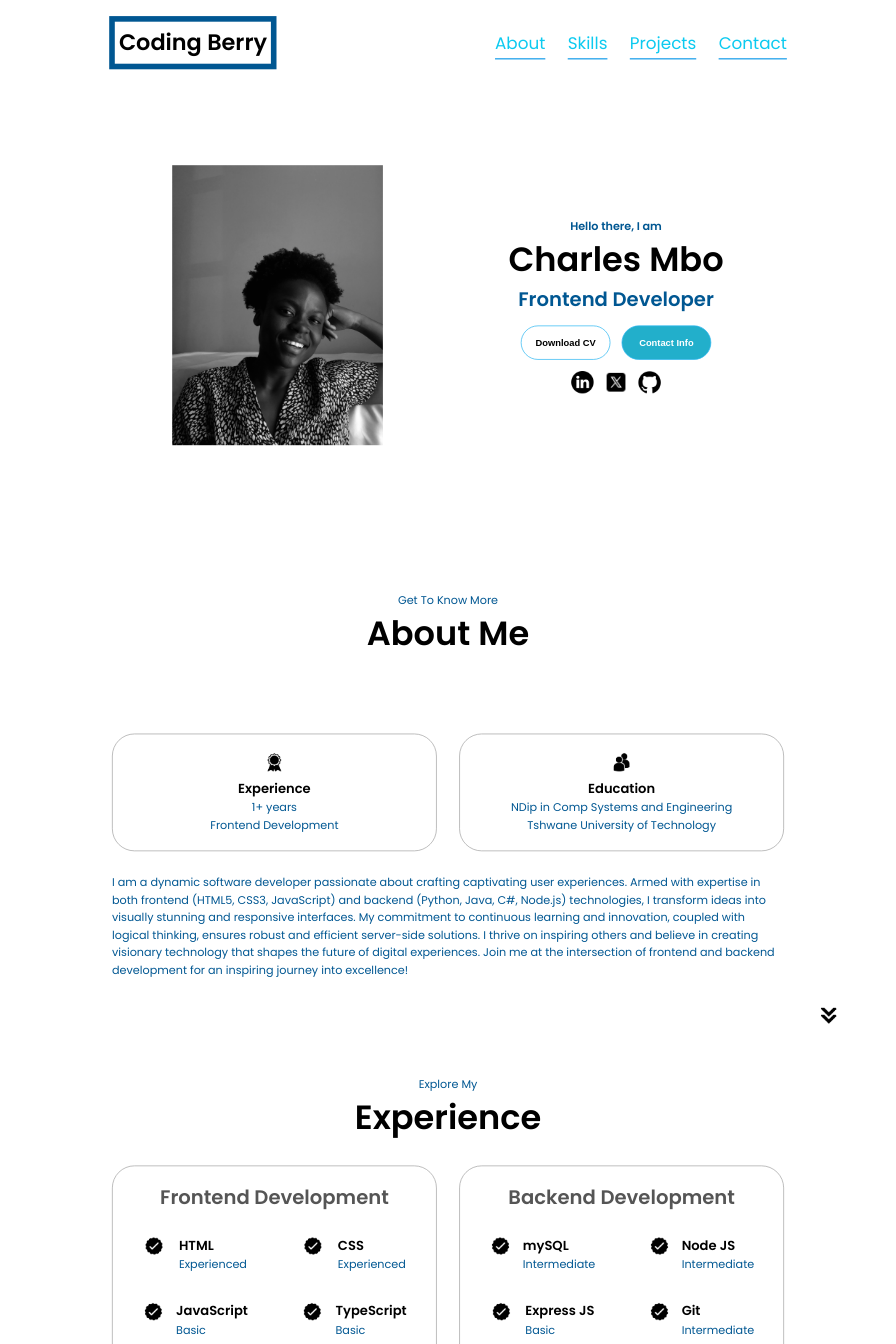
Repository: ntandomagana/FS-Dev-Portfolio
Page: index.html
An editor plug-in stored every save of this project. The page is shown before and after the next save, followed by the edit.
The browser window is 1280 px wide. The pictures show the part of the page from y = 0 to 1920 px (the page is 3177 px tall), at 70% of full size.

Above is the page before, as saved 2024-05-02 23:24:40.

After the next save:
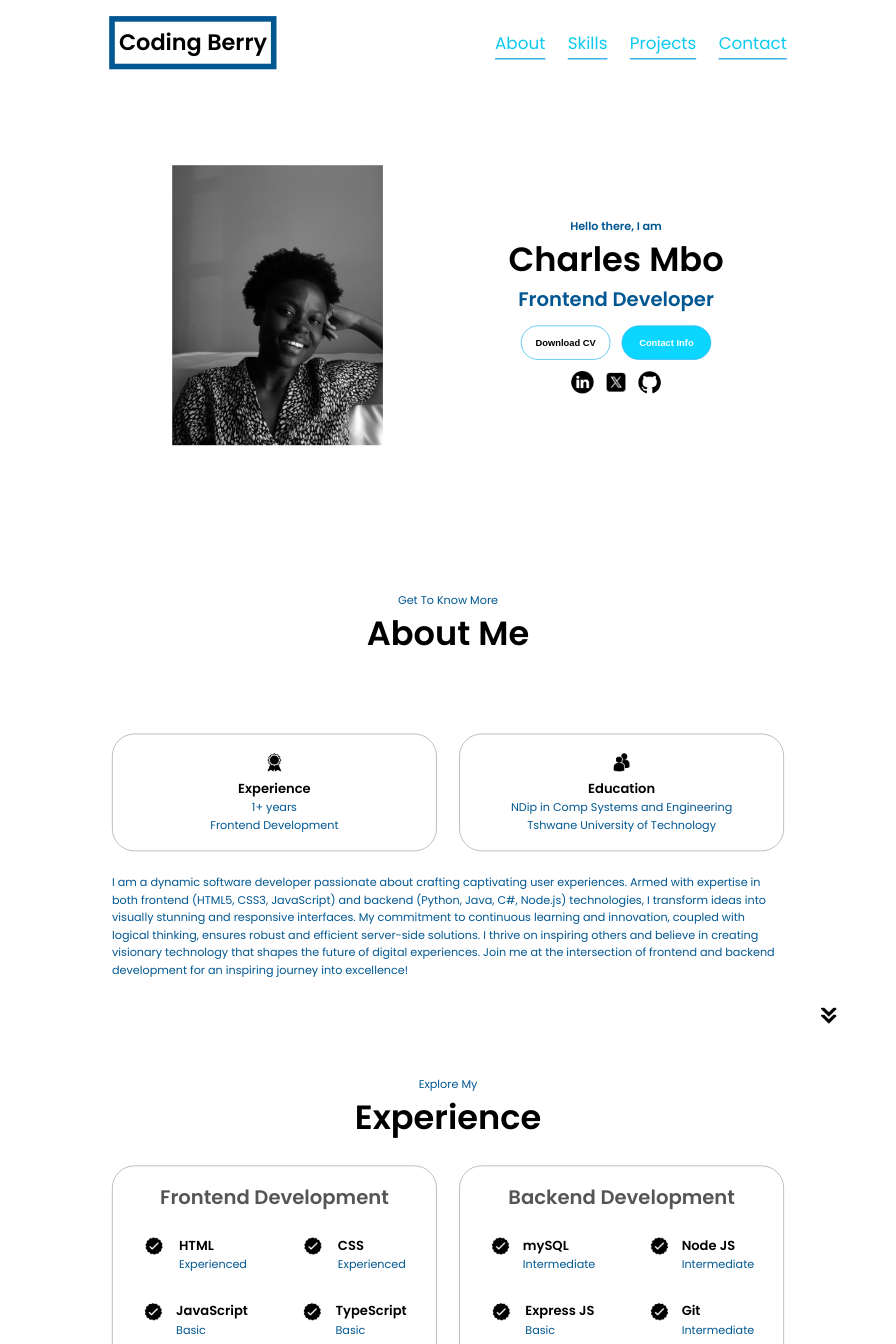
Saved 2 s later.
--- a/style.css
+++ b/style.css
@@ -225,7 +225,7 @@ section {
 
 .btn-color-1,
 .btn-color-2:hover {
-  background: rgb(34, 175, 203);
+  background: rgb(11, 214, 255);
   color: white;
 }
 
